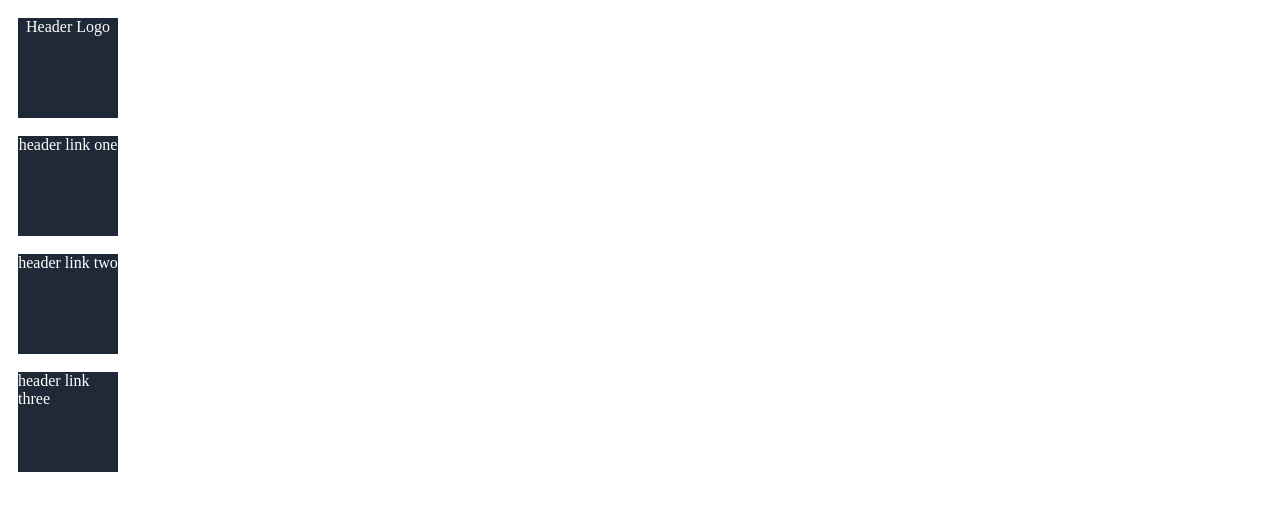
Repository: Grace561/css-exercises
Page: index.html
The author's editor kept a copy of each file at every save. The page is drawn from the files as they stood at one save, then again after the next save.
The browser window is 1280 px wide. The pictures show the whole page.

Above is the page before, as saved 2025-04-14 13:54:14.

After the next save:
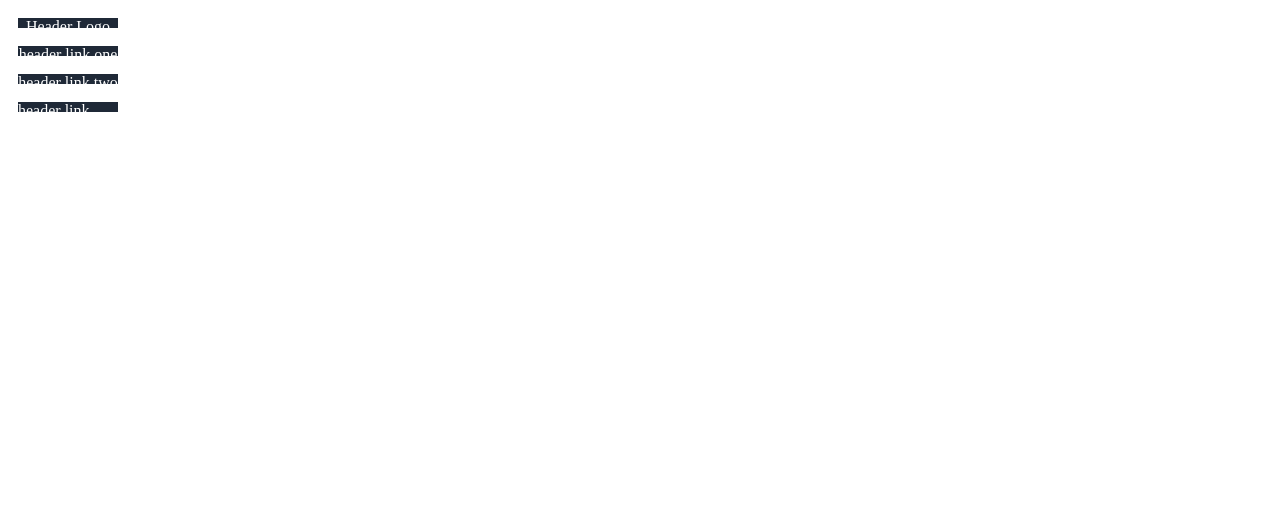
Saved 7 s later.
--- a/style.css
+++ b/style.css
@@ -6,7 +6,7 @@
 
 .item{
     width: 100px;
-    height: 100px;
+    height: 10px;
     background: #1f2937;
     color:#fff;
     margin: 18px;
